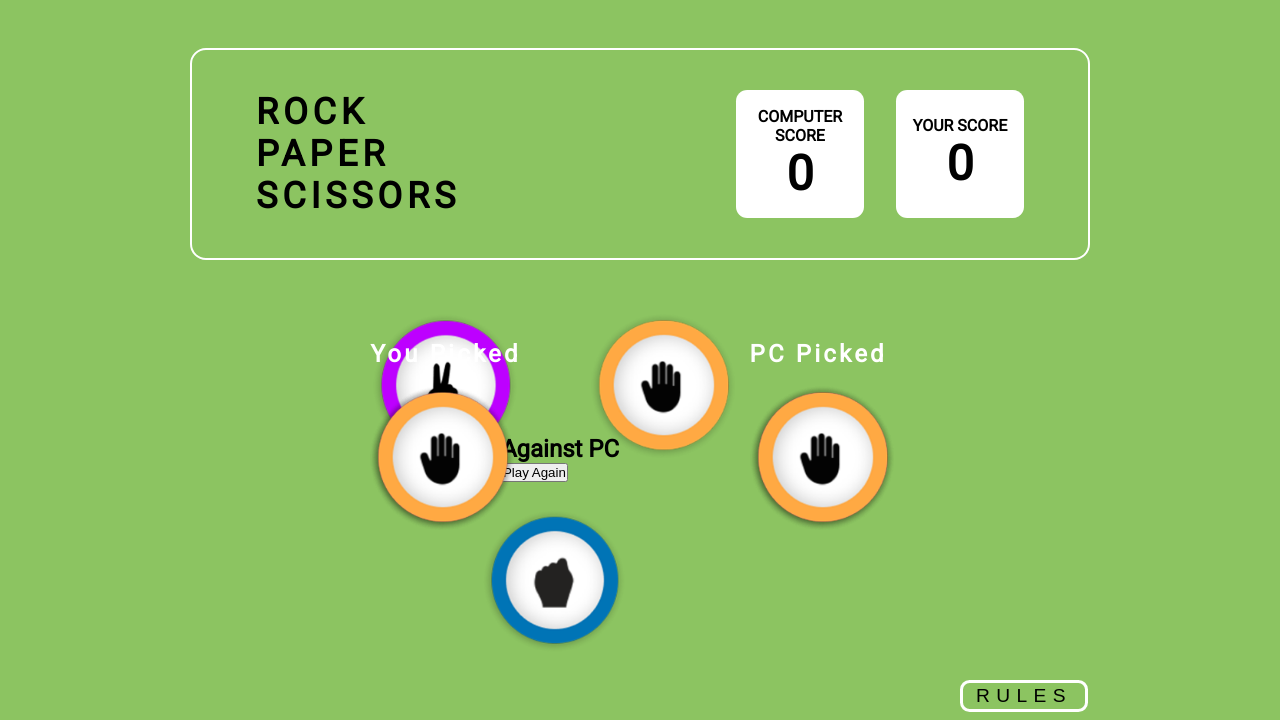
Repository: drumsmanku/Major-module-project-1
Page: index.html
An editor plug-in stored every save of this project. The page is shown before and after the next save, followed by the edit.
The browser window is 1280 px wide. The pictures show the whole page.

Above is the page before, as saved 2023-04-30 11:06:11.

After the next save:
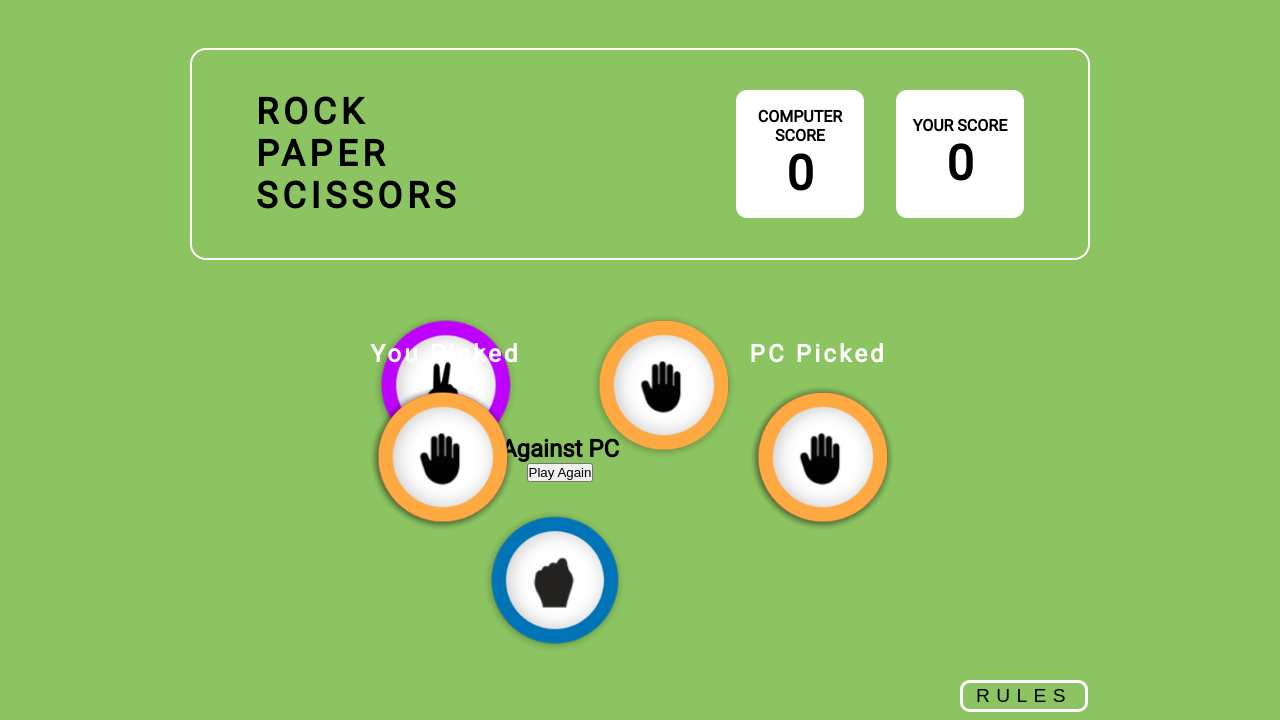
Saved 35 s later.
--- a/styles.css
+++ b/styles.css
@@ -286,3 +286,8 @@ body{
   font-weight: bold;
   font-family: 'roboto';
 }
+.who-won{
+  display: flex;
+  flex-direction: column;
+  align-items: center;
+}
